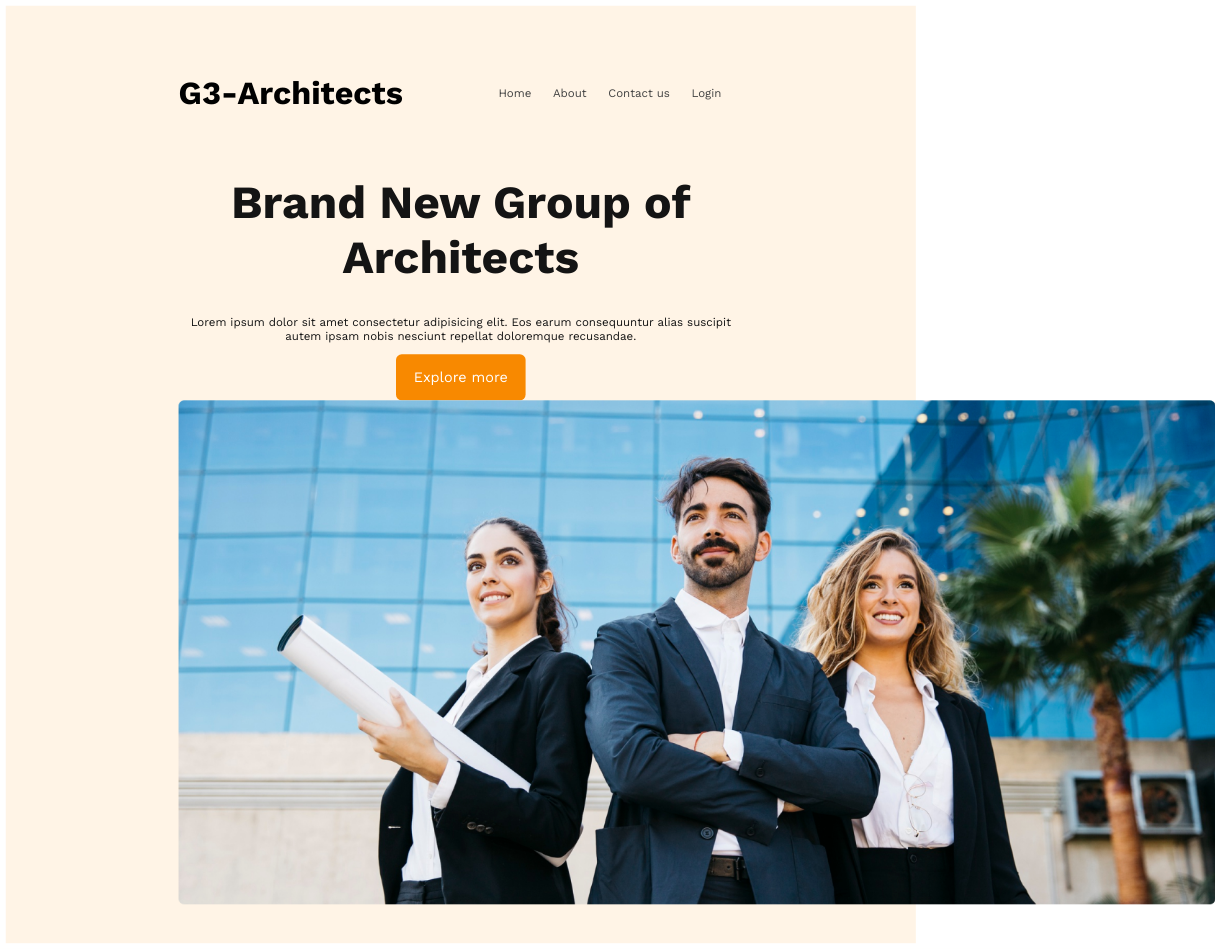
Repository: RudrasahaDibos/architects-resources
Page: index.html
The author's editor kept a copy of each file at every save. The page is drawn from the files as they stood at one save, then again after a run of saves.
The browser window is 1280 px wide. The page is 1688 px wide, then 1280 px, so the pictures cover 1688 px, including what lies to the right of the window. The pictures show the whole page, at 72% of full size.

Above is the page before, as saved 2024-10-06 17:06:23.

After the next 2 saves:
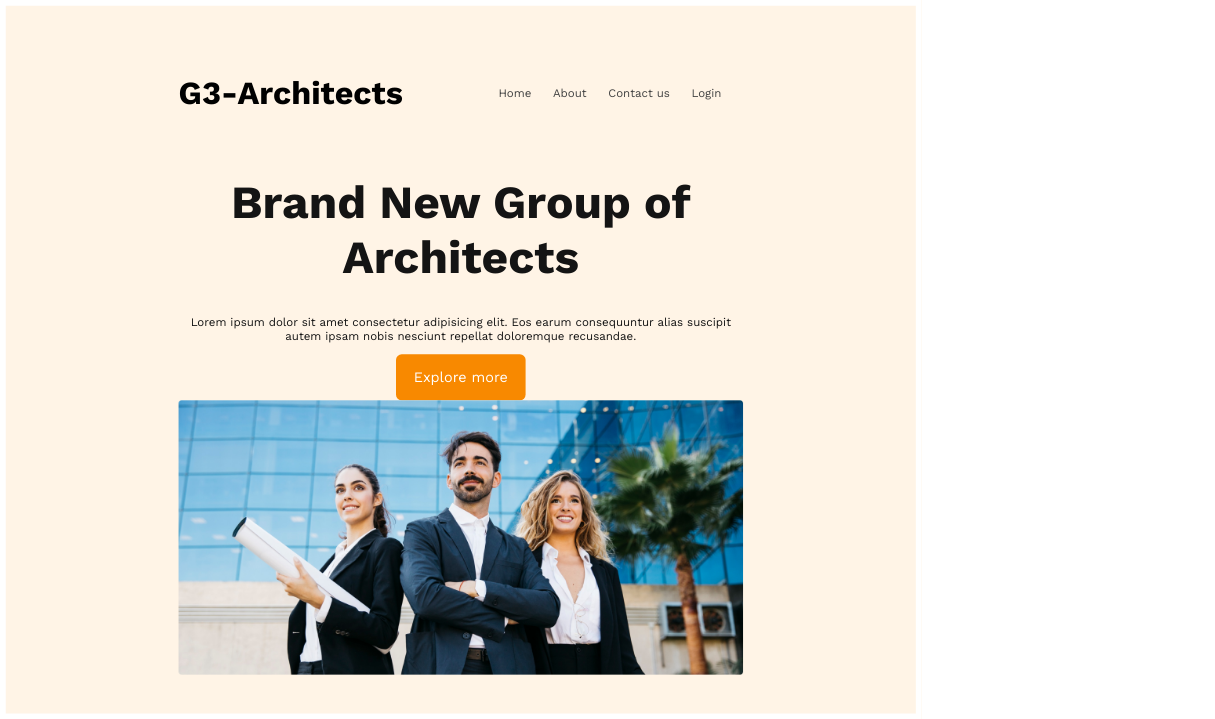
The 2 saves are shown as one change because they came seconds apart.
The last was saved 79 s later.
--- a/index.css
+++ b/index.css
@@ -63,6 +63,5 @@ nav li{
     color: #141414;
  }
  .banner img{
-    width: 1440px;
-    height: 700px;
+    width: 100%;
  }
